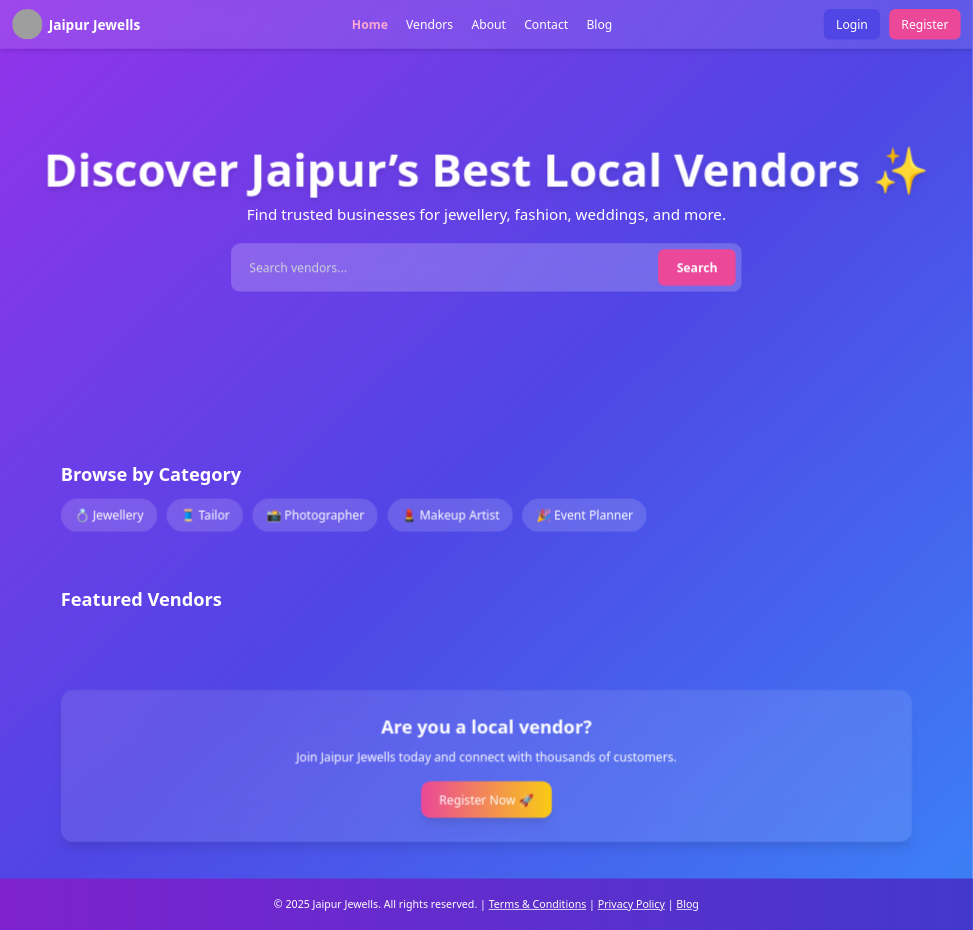
Repository: aayushtailor/VendorConnect
Page: index.html
An editor plug-in stored every save of this project. The page is shown before and after the next save, followed by the edit.
The browser window is 1280 px wide. The pictures show the whole page, at 76% of full size.
Pictures or frames that could not be fetched are drawn as grey boxes. Some web libraries are served in a nearby version.

Above is the page before, as saved 2025-09-20 12:45:29.
Console error: SyntaxError: Illegal return statement

### index.html
<!doctype html>
<html lang="en">
<head>
  <meta charset="utf-8" />
  <meta name="viewport" content="width=device-width, initial-scale=1" />
  <title>Jaipur Jewells — Trendy Vendor Directory</title>
  <script src="https://cdn.tailwindcss.com"></script>
  <link href="https://unpkg.com/aos@2.3.1/dist/aos.css" rel="stylesheet">
  <link rel="stylesheet" href="styles.css">
</head>
<body class="bg-gradient-to-br from-purple-600 via-indigo-600 to-blue-500 text-white">

  <!-- Navbar -->
  <nav class="fixed top-0 left-0 w-full z-50 bg-white/10 backdrop-blur-md shadow-md">
    <div class="max-w-7xl mx-auto px-4 py-3 flex justify-between items-center">
      <!-- Logo -->
      <div class="flex items-center gap-2">
        <img src="logo.png" alt="Logo" class="w-10 h-10 rounded-full">
        <span class="font-bold text-lg text-white">Jaipur Jewells</span>
      </div>

      <!-- Desktop Links -->
      <div class="hidden md:flex items-center gap-6 text-white font-medium">
        <a href="index.html" class="text-pink-300 font-bold">Home</a>
        <a href="#vendorsGrid" class="hover:text-pink-300">Vendors</a>
        <a href="about.html" class="hover:text-pink-300">About</a>
        <a href="contact.html" class="hover:text-pink-300">Contact</a>
        <a href="blog.html" class="hover:text-pink-300">Blog</a>
      </div>

      <!-- CTA -->
      <div class="flex items-center gap-3">
        <a href="login.html" class="hidden md:block px-4 py-2 bg-indigo-600 text-white rounded-lg hover:bg-indigo-700">Login</a>
        <a href="register.html" class="hidden md:block px-4 py-2 bg-pink-500 text-white rounded-lg hover:bg-pink-600">Register</a>
        <!-- Hamburger -->
        <button id="menuBtn" class="md:hidden flex flex-col gap-1">
          <span class="w-6 h-0.5 bg-white"></span>
          <span class="w-6 h-0.5 bg-white"></span>
          <span class="w-6 h-0.5 bg-white"></span>
        </button>
      </div>
    </div>
  </nav>

  <!-- Mobile Menu -->
  <div id="mobileMenu" class="fixed inset-0 bg-black/70 backdrop-blur-md z-40 hidden">
    <div class="absolute top-0 right-0 w-64 h-full bg-white/90 text-gray-900 shadow-lg p-6 flex flex-col">
      <button id="closeMenu" class="self-end mb-6 text-2xl font-bold text-gray-700">&times;</button>
      <a href="index.html" class="mb-4 text-lg font-semibold hover:text-pink-500">Home</a>
      <a href="#vendorsGrid" class="mb-4 text-lg font-semibold hover:text-pink-500">Vendors</a>
      <a href="about.html" class="mb-4 text-lg font-semibold hover:text-pink-500">About</a>
      <a href="contact.html" class="mb-4 text-lg font-semibold hover:text-pink-500">Contact</a>
      <a href="blog.html" class="mb-6 text-lg font-semibold hover:text-pink-500">Blog</a>
      <a href="login.html" class="mb-3 px-4 py-2 bg-indigo-600 text-white rounded-lg text-center hover:bg-indigo-700">Login</a>
      <a href="register.html" class="px-4 py-2 bg-pink-500 text-white rounded-lg text-center hover:bg-pink-600">Register</a>
    </div>
  </div>

  <!-- Hero Section -->
  <section class="relative h-[80vh] flex flex-col justify-center items-center text-center px-4">
    <h1 data-aos="fade-up" class="text-4xl md:text-6xl font-extrabold mb-4 drop-shadow-lg">
      Discover Jaipur’s Best Local Vendors ✨
    </h1>
    <p data-aos="fade-up" data-aos-delay="200" class="text-lg md:text-xl mb-6">
      Find trusted businesses for jewellery, fashion, weddings, and more.
    </p>
    <div data-aos="zoom-in" data-aos-delay="400" class="flex w-full max-w-2xl bg-white/20 backdrop-blur-lg rounded-xl p-2">
      <input id="searchInput" placeholder="Search vendors..." class="flex-1 bg-transparent px-4 py-3 text-white placeholder-gray-300 focus:outline-none" />
      <button id="searchBtn" class="px-6 py-3 bg-pink-500 hover:bg-pink-600 rounded-lg text-white font-semibold">
        Search
      </button>
    </div>
  </section>

  <!-- Categories -->
  <section class="max-w-6xl mx-auto px-4 py-8">
    <h2 data-aos="fade-up" class="text-2xl font-bold mb-4">Browse by Category</h2>
    <div class="flex gap-3 overflow-x-auto pb-2">
      <div data-aos="flip-left" class="category-chip">💍 Jewellery</div>
      <div data-aos="flip-left" data-aos-delay="100" class="category-chip">🧵 Tailor</div>
      <div data-aos="flip-left" data-aos-delay="200" class="category-chip">📸 Photographer</div>
      <div data-aos="flip-left" data-aos-delay="300" class="category-chip">💄 Makeup Artist</div>
      <div data-aos="flip-left" data-aos-delay="400" class="category-chip">🎉 Event Planner</div>
    </div>
  </section>

  <!-- Vendors Section -->
  <section class="max-w-6xl mx-auto px-4 py-8">
    <h2 data-aos="fade-up" class="text-2xl font-bold mb-6">Featured Vendors</h2>
    <div id="vendorsGrid" class="grid grid-cols-1 sm:grid-cols-2 lg:grid-cols-3 gap-6"></div>
    <p id="noResults" class="text-center text-gray-200 mt-8 hidden">No vendors found.</p>
  </section>

  <!-- CTA Banner -->
  <section data-aos="zoom-in" class="max-w-6xl mx-auto px-4 py-12 text-center">
    <div class="bg-white/10 backdrop-blur-xl rounded-2xl p-8 shadow-lg">
      <h3 class="text-2xl font-bold mb-3">Are you a local vendor?</h3>
      <p class="mb-5">Join Jaipur Jewells today and connect with thousands of customers.</p>
      <a href="register.html" class="px-6 py-3 bg-gradient-to-r from-pink-500 to-yellow-400 text-white rounded-xl shadow-lg hover:scale-105 transition inline-block">
        Register Now 🚀
      </a>
    </div>
  </section>

  <!-- Footer -->
  <footer class="bg-gradient-to-r from-purple-700 to-indigo-700 text-center py-6">
    <p class="text-sm">
      &copy; 2025 Jaipur Jewells. All rights reserved. |
      <a href="terms.html" class="underline hover:text-yellow-300">Terms & Conditions</a> |
      <a href="privacy.html" class="underline hover:text-yellow-300">Privacy Policy</a> |
      <a href="blog.html" class="underline hover:text-yellow-300">Blog</a>
    </p>
  </footer>

  <!-- JS -->
  <script src="app.js"></script>
  <script src="https://unpkg.com/aos@2.3.1/dist/aos.js"></script>
  <script>AOS.init({ duration: 800, once: true, easing: 'ease-in-out' });</script>
</body>
</html>

### styles.css
.category-chip {
  background: rgba(255,255,255,0.15);
  backdrop-filter: blur(10px);
  padding: 10px 18px;
  border-radius: 9999px;
  font-weight: 500;
  white-space: nowrap;
  transition: 0.2s;
}
.category-chip:hover {
  background: rgba(255,255,255,0.25);
  cursor: pointer;
}

### app.js
// Dummy Vendors (later connect to Flask API)
const dummyVendors = [
  { id: 1, name: "Aayush Tailor", business_name: "Elegant Stitches", category: "Tailor", city: "Jaipur", description: "Custom clothing and modern designs.", phone: "9998887777" },
  { id: 2, name: "Rohan Jewels", business_name: "Rohan Goldsmith", category: "Jewellery", city: "Jaipur", description: "Traditional and modern gold jewellery.", whatsapp: "9995554444" }
];

// Create vendor card
return `
  <div data-aos="fade-up" data-aos-delay="${v.id * 100}"
       class="bg-white/30 backdrop-blur-md rounded-2xl shadow-lg hover:shadow-xl transform hover:scale-[1.02] transition duration-300">
    ...
  </div>
`;

function makeCard(v){
  const name = v.business_name ? v.business_name : (v.name || "Unnamed Vendor");
  const category = v.category || "Uncategorized";
  const city = v.city || "Jaipur";
  const desc = v.description ? v.description.slice(0, 90) : "No description available";

  return `
    <div data-aos="fade-up"
         class="bg-white/30 backdrop-blur-md rounded-2xl overflow-hidden shadow-lg hover:shadow-xl transform hover:scale-[1.02] transition duration-300">
      <img src="placeholder.jpg" class="w-full h-48 object-cover" alt="${name}" />
      <div class="p-5 text-gray-900">
        <h3 class="text-lg font-bold text-gray-800">${name}</h3>
        <p class="text-sm text-gray-600 mb-2">${category} • ${city}</p>
        <p class="text-sm text-gray-700 mb-3">${desc}...</p>
        <div class="flex justify-between items-center">
          <a href="vendor.html?id=${v.id}"
             class="text-sm font-semibold text-indigo-600 hover:text-indigo-800">
             View Profile →
          </a>
          <div class="flex gap-2">
            ${v.phone ? `<a href="tel:${v.phone}" class="text-xs px-3 py-1 bg-indigo-600 text-white rounded-full hover:bg-indigo-700 transition">Call</a>` : ''}
            ${v.whatsapp ? `<a href="https://wa.me/${v.whatsapp}" target="_blank" class="text-xs px-3 py-1 bg-green-600 text-white rounded-full hover:bg-green-700 transition">WhatsApp</a>` : ''}
          </div>
        </div>
      </div>
    </div>
  `;
}

// Render vendors
function render(){
  const grid = document.getElementById('vendorsGrid');
  const search = document.getElementById('searchInput').value.toLowerCase();
  const filtered = dummyVendors.filter(v=>{
    const text = `${v.business_name} ${v.name} ${v.category} ${v.city}`.toLowerCase();
    return (!search || text.includes(search));
  });

  grid.innerHTML = filtered.map(makeCard).join('');
  document.getElementById('noResults').classList.toggle('hidden', filtered.length>0);
  AOS.refresh();
}

// Events
document.addEventListener('DOMContentLoaded', ()=>{
  render();
  document.getElementById('searchBtn').onclick = render;
  document.getElementById('searchInput').onkeyup = (e)=>{ if(e.key==='Enter') render(); };

  document.getElementById('openRegister').onclick = ()=> alert("Registration form coming soon!");
});
// Navbar Mobile Menu
document.addEventListener("DOMContentLoaded", () => {
  const menuBtn = document.getElementById("menuBtn");
  const closeMenu = document.getElementById("closeMenu");
  const mobileMenu = document.getElementById("mobileMenu");

  if(menuBtn && closeMenu && mobileMenu){
    menuBtn.addEventListener("click", () => {
      mobileMenu.classList.remove("hidden");
    });
    closeMenu.addEventListener("click", () => {
      mobileMenu.classList.add("hidden");
    });
  }

  // Mobile Register button
  const mobileRegister = document.getElementById("mobileRegister");
  if(mobileRegister){
    mobileRegister.addEventListener("click", () => {
      alert("Registration form coming soon!");
      mobileMenu.classList.add("hidden");
    });
  }
});

After the next save:
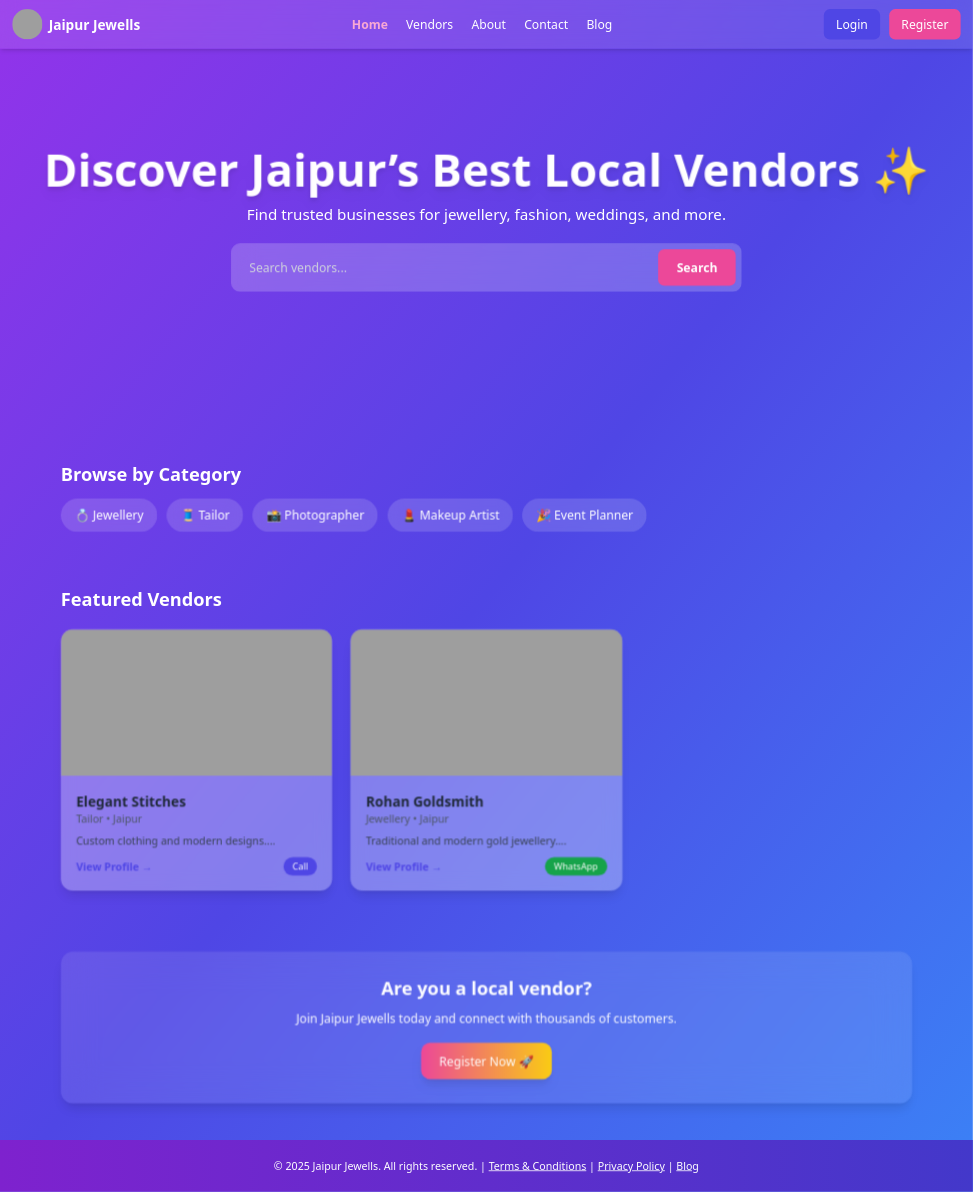
The error is gone.
Saved 64 s later.
--- a/app.js
+++ b/app.js
@@ -5,13 +5,6 @@ const dummyVendors = [
 ];
 
 // Create vendor card
-return `
-  <div data-aos="fade-up" data-aos-delay="${v.id * 100}"
-       class="bg-white/30 backdrop-blur-md rounded-2xl shadow-lg hover:shadow-xl transform hover:scale-[1.02] transition duration-300">
-    ...
-  </div>
-`;
-
 function makeCard(v){
   const name = v.business_name ? v.business_name : (v.name || "Unnamed Vendor");
   const category = v.category || "Uncategorized";
@@ -19,7 +12,7 @@ function makeCard(v){
   const desc = v.description ? v.description.slice(0, 90) : "No description available";
 
   return `
-    <div data-aos="fade-up"
+    <div data-aos="fade-up" data-aos-delay="${v.id * 100}"
          class="bg-white/30 backdrop-blur-md rounded-2xl overflow-hidden shadow-lg hover:shadow-xl transform hover:scale-[1.02] transition duration-300">
       <img src="placeholder.jpg" class="w-full h-48 object-cover" alt="${name}" />
       <div class="p-5 text-gray-900">
@@ -44,7 +37,9 @@ function makeCard(v){
 // Render vendors
 function render(){
   const grid = document.getElementById('vendorsGrid');
-  const search = document.getElementById('searchInput').value.toLowerCase();
+  if(!grid) return; // safety check
+
+  const search = document.getElementById('searchInput')?.value.toLowerCase() || "";
   const filtered = dummyVendors.filter(v=>{
     const text = `${v.business_name} ${v.name} ${v.category} ${v.city}`.toLowerCase();
     return (!search || text.includes(search));
@@ -58,11 +53,20 @@ function render(){
 // Events
 document.addEventListener('DOMContentLoaded', ()=>{
   render();
-  document.getElementById('searchBtn').onclick = render;
-  document.getElementById('searchInput').onkeyup = (e)=>{ if(e.key==='Enter') render(); };
 
-  document.getElementById('openRegister').onclick = ()=> alert("Registration form coming soon!");
+  const searchBtn = document.getElementById('searchBtn');
+  const searchInput = document.getElementById('searchInput');
+
+  if(searchBtn) searchBtn.onclick = render;
+  if(searchInput) searchInput.onkeyup = (e)=>{ if(e.key==='Enter') render(); };
+
+  // Optional CTA Register button
+  const openRegister = document.getElementById('openRegister');
+  if(openRegister){
+    openRegister.onclick = ()=> alert("Registration form coming soon!");
+  }
 });
+
 // Navbar Mobile Menu
 document.addEventListener("DOMContentLoaded", () => {
   const menuBtn = document.getElementById("menuBtn");
